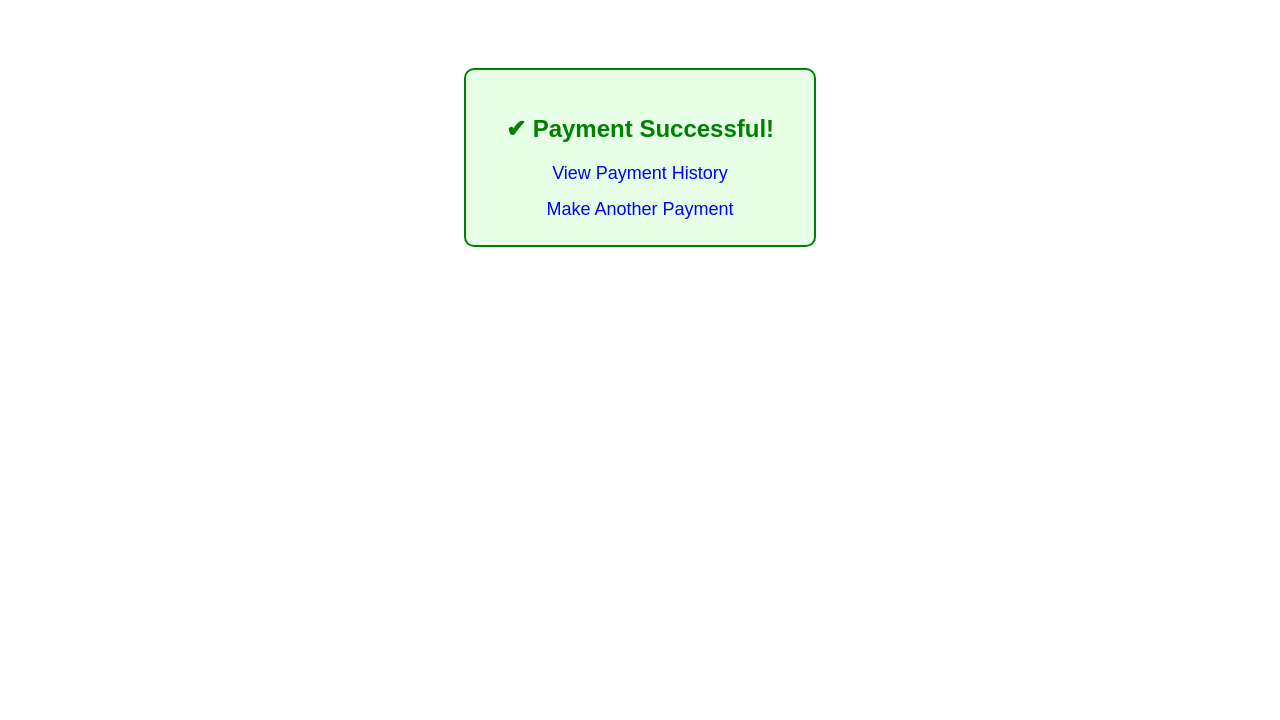
Repository: ShrikantSurve57/Tender-Allotment
Page: http://localhost/tendermanagement/paymentSuccess.jsp
The author's editor kept a copy of each file at every save. The page is drawn from the files as they stood at one save, then again after the next save.
The browser window is 1280 px wide. The pictures show the whole page.
The page is served by Tomcat 9.

Above is the page before, as saved 2026-01-22 15:09:11.

After the next save:
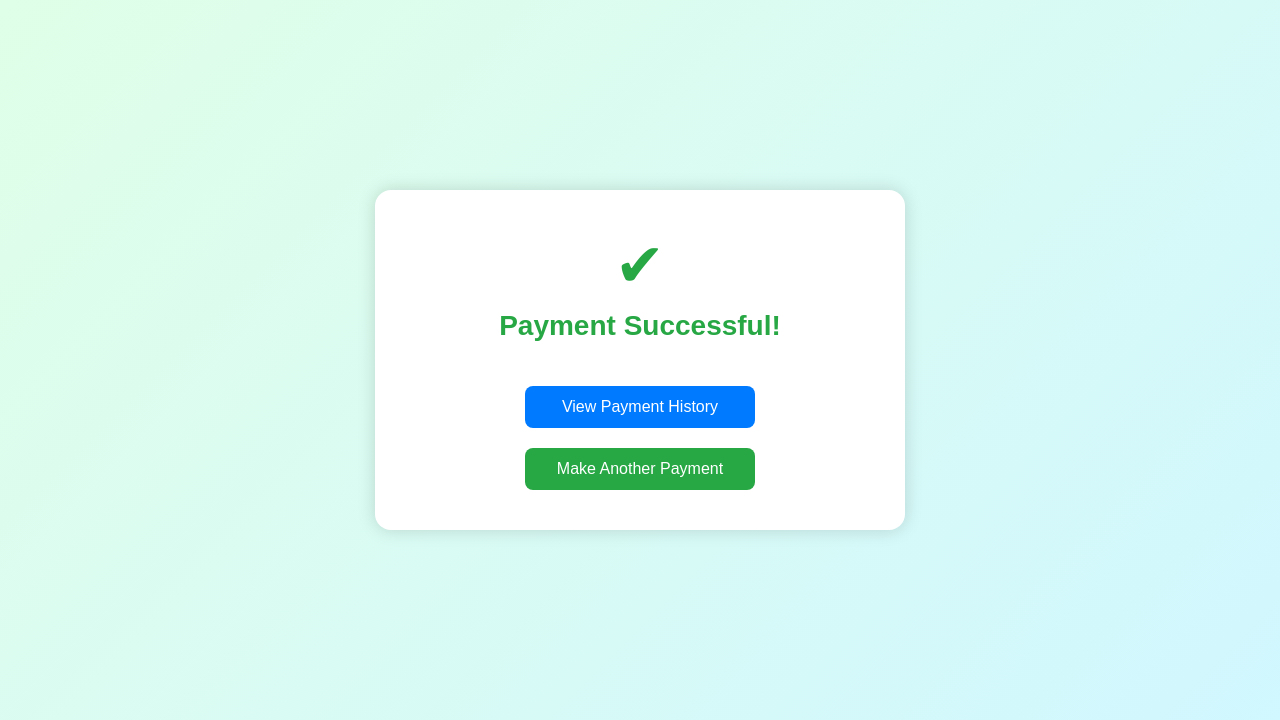
Saved 2 min 17 s later.
--- a/tendermanagement/WebContent/paymentSuccess.jsp
+++ b/tendermanagement/WebContent/paymentSuccess.jsp
@@ -8,33 +8,84 @@
 
 <style>
     body{
-        font-family: Arial;
+        margin: 0;
+        padding: 0;
+        height: 100vh;
+        display: flex;
+        justify-content: center;
+        align-items: center;
+        background: linear-gradient(135deg, #e0ffe8, #d1f7ff);
+        font-family: 'Arial', sans-serif;
+    }
+
+    .card{
+        background: white;
+        width: 450px;
+        padding: 40px;
+        border-radius: 16px;
+        box-shadow: 0 0 18px rgba(0,0,0,0.15);
         text-align: center;
-        padding-top: 60px;
+        animation: fadeIn 0.5s ease;
     }
-    .box{
+
+    .tick{
+        font-size: 60px;
+        color: #28a745;
+        margin-bottom: 10px;
+    }
+
+    h2{
+        color: #28a745;
+        margin-top: 0;
+        font-size: 28px;
+    }
+
+    a{
         display: inline-block;
-        padding: 25px 40px;
-        border: 2px solid green;
-        border-radius: 10px;
-        background: #e7ffe7;
+        padding: 12px 25px;
+        margin-top: 20px;
+        background: #007bff;
+        color: white;
+        border-radius: 8px;
+        text-decoration: none;
+        font-size: 16px;
+        transition: 0.3s ease;
+        width: 180px;
     }
-    a{
-        text-decoration: none;
-        color: blue;
-        font-size: 18px;
-        display: block;
-        margin-top: 15px;
+
+    a:hover{
+        background: #0056b3;
+    }
+
+    .secondary{
+        background: #28a745;
+    }
+
+    .secondary:hover{
+        background: #1c7e34;
+    }
+
+    @keyframes fadeIn{
+        from{
+            opacity: 0;
+            transform: translateY(30px);
+        }
+        to{
+            opacity: 1;
+            transform: translateY(0);
+        }
     }
 </style>
 
 </head>
 <body>
 
-<div class="box">
-    <h2 style="color:green;">✔ Payment Successful!</h2>
+<div class="card">
+    <div class="tick">✔</div>
+    <h2>Payment Successful!</h2>
+
     <a href="viewPayments.jsp">View Payment History</a>
-    <a href="payment.jsp">Make Another Payment</a>
+    <a href="payment.jsp" class="secondary">Make Another Payment</a>
 </div>
 
 </body>
